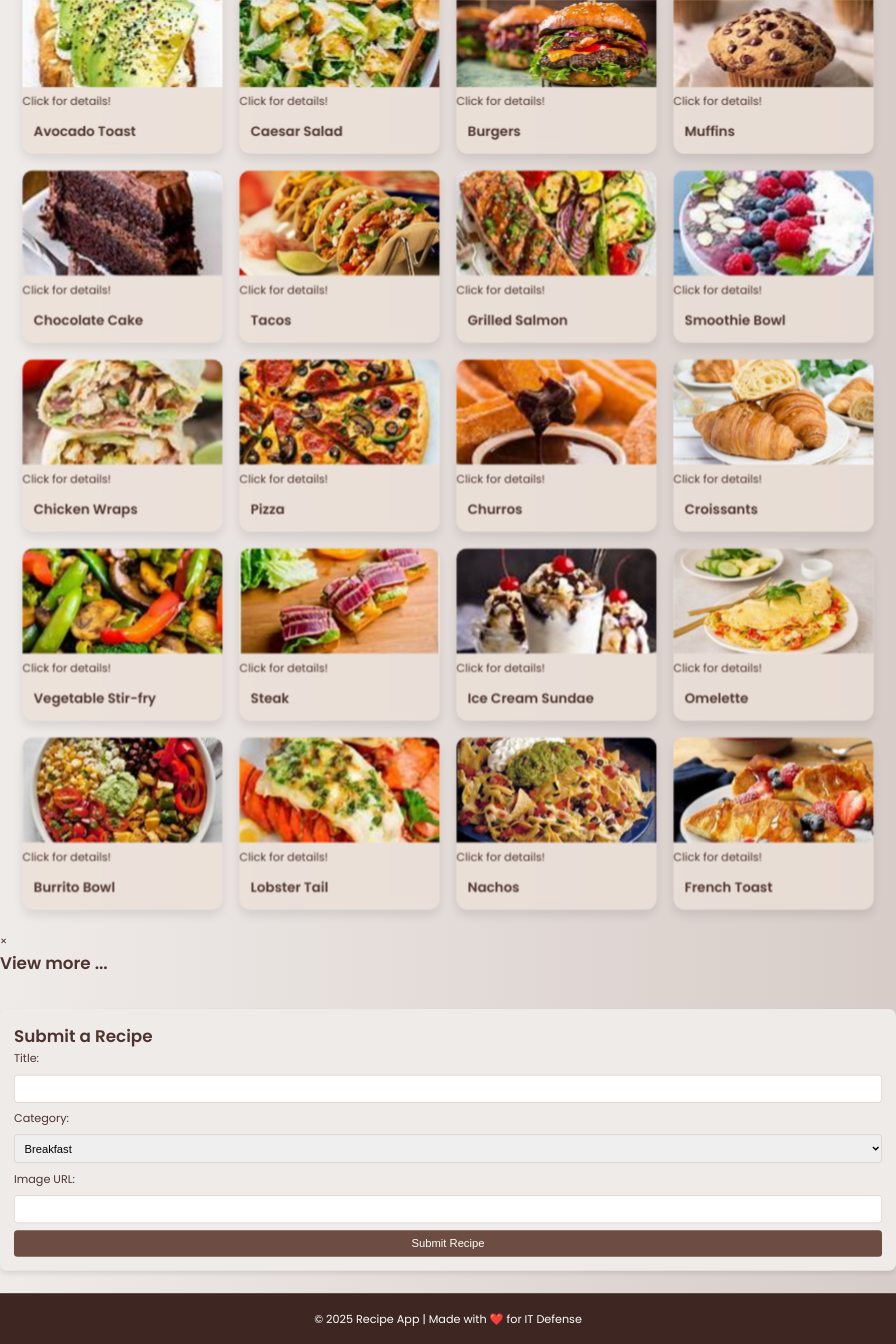
Repository: Patience225/recipe-app
Page: index.html
An editor plug-in stored every save of this project. The page is shown before and after a run of saves, followed by the edit.
The browser window is 1280 px wide. The pictures show the part of the page from y = 919 to 2839 px (the page is 2839 px tall before and 2801 px after), at 70% of full size.

Above is the page before, as saved 2025-01-27 10:59:05.

### index.html
<!DOCTYPE html>
<html lang="en">
<head>
  <meta charset="UTF-8">
  <meta name="viewport" content="width=device-width, initial-scale=1.0">
  <title>Recipe App</title>
  <link href="https://fonts.googleapis.com/css2?family=Poppins:wght@400;600&display=swap" rel="stylesheet">
  <link rel="stylesheet" href="styles.css">
</head>
<body>
  <!-- Header -->
  <header>
    <h1>Recipe App</h1>
    <p>Your gateway to delicious inspirations 🍲</p>
    <input type="text" id="search" placeholder="Search for recipes...">
    <button id="theme-toggle">🌙</button>
  </header>

  <!-- Hero Section -->
  <section class="hero">
    <h2>Discover the Joy of Cooking</h2>
    <p>Browse through a collection of amazing recipes handpicked for you!</p>
    <button id="explore-btn">Explore Recipes</button>
  </section>

  <!-- Recipe Categories -->
  <section id="categories">
    <h2>Categories</h2>
    <div class="category-buttons">
      <button data-category="All">All</button>
      <button data-category="Breakfast">Breakfast</button>
      <button data-category="Lunch">Lunch</button>
      <button data-category="Dinner">Dinner</button>
      <button data-category="Snacks">Snacks</button>
    </div>
  </section>

  <!-- Recipe Grid -->
  <section id="recipe-list">
    <!-- Dynamic recipe cards will appear here -->
  </section>

<!-- Modal for Recipe Details -->
<div id="recipe-modal" class="modal">
  <div class="modal-content">
    <span class="close-btn">&times;</span>
    <h2 id="modal-title"> View more ... </h2>
    <img id="modal-image" src="" alt="">
    <p id="modal-description"></p>
  </div>
</div>

<!-- Recipe Submission Form -->
<div id="recipe-form-container">
  <h2>Submit a Recipe</h2>
  <form id="recipe-form">
    <label for="recipe-title">Title:</label>
    <input type="text" id="recipe-title" required>

    <label for="recipe-category">Category:</label>
    <select id="recipe-category">
      <option value="Breakfast">Breakfast</option>
      <option value="Lunch">Lunch</option>
      <option value="Dinner">Dinner</option>
      <option value="Snacks">Snacks</option>
    </select>

    <label for="recipe-image">Image URL:</label>
    <input type="url" id="recipe-image" required>

    <button type="submit">Submit Recipe</button>
  </form>
</div>

  <!-- Footer -->
  <footer>
    <p>&copy; 2025 Recipe App | Made with ❤️ for IT Defense</p>
  </footer>

  <script src="script.js"></script>

  <!-- Add this script to the end of your body tag -->
<script>
  if ("serviceWorker" in navigator) {
    window.addEventListener("load", () => {
      navigator.serviceWorker.register("/sw.js").then(
        (registration) => {
          console.log("Service Worker registered with scope:", registration.scope);
        },
        (error) => {
          console.log("Service Worker registration failed:", error);
        }
      );
    });
  }
</script>

</body>
</html>

### styles.css
/* General Reset */
* {
  margin: 0;
  padding: 0;
  box-sizing: border-box;
}

body {
  font-family: 'Poppins', sans-serif;
  background: linear-gradient(to right, #efebe9, #d7ccc8); /* Light coffee gradient */
  color: #4e342e;
  line-height: 1.6;
}

header {
  background: linear-gradient(135deg, #795548, #3e2723); /* Dark coffee gradient */
  text-align: center;
  color: #fff;
  padding: 2rem;
  box-shadow: 0 4px 10px rgba(0, 0, 0, 0.1);
}

header h1 {
  font-size: 2.5rem;
  font-weight: 600;
}

header input {
  margin-top: 1rem;
  padding: 0.8rem 1rem;
  border-radius: 20px;
  border: none;
  outline: none;
  width: 80%;
  max-width: 400px;
  background: #efebe9; /* Light coffee */
  color: #4e342e;
}

header #theme-toggle {
  margin-top: 1rem;
  padding: 0.5rem 1rem;
  border: none;
  background: #d7ccc8; /* Light coffee */
  color: #3e2723;
  border-radius: 20px;
  cursor: pointer;
}

.hero {
  background: linear-gradient(135deg, rgba(121, 85, 72, 0.9), rgba(62, 39, 35, 0.9)); /* Blend of light and dark coffee */
  color: #efebe9; /* Light coffee text */
  text-align: center;
  padding: 3rem 2rem;
  margin-top: -1rem;
  clip-path: polygon(0 0, 100% 0, 100% 85%, 0 100%);
}

.hero h2 {
  font-size: 2rem;
  margin-bottom: 1rem;
}

.hero p {
  font-size: 1.2rem;
  margin-bottom: 2rem;
}

.hero button {
  padding: 0.8rem 1.5rem;
  background-color: #5d4037; /* Medium coffee */
  color: white;
  border: none;
  border-radius: 20px;
  font-size: 1rem;
  cursor: pointer;
}

.hero button:hover {
  background-color: #4e342e; /* Darker tone for hover effect */
}

#categories {
  margin: 2rem auto;
  text-align: center;
}

.category-buttons button {
  margin: 0.5rem;
  padding: 0.8rem 1.5rem;
  background-color: #8d6e63; /* Light-medium coffee */
  color: white;
  border: none;
  border-radius: 20px;
  cursor: pointer;
}

.category-buttons button:hover {
  background-color: #6d4c41; /* Darker coffee */
}

#recipe-list {
  display: grid;
  grid-template-columns: repeat(auto-fill, minmax(250px, 1fr));
  gap: 1.5rem;
  margin: 2rem;
}

.recipe-card {
  background: rgba(236, 224, 216, 0.8); /* Light coffee tone */
  backdrop-filter: blur(10px);
  border-radius: 15px;
  box-shadow: 0 8px 15px rgba(0, 0, 0, 0.1);
  transition: transform 0.3s;
  overflow: hidden;
}

.recipe-card img {
  width: 100%;
  height: 150px;
  object-fit: cover;
}

.recipe-card h3 {
  padding: 1rem;
  font-size: 1.2rem;
  color: #4e342e; /* Dark coffee text */
}

.recipe-card:hover {
  transform: scale(1.05);
}

footer {
  text-align: center;
  padding: 1.5rem;
  background: #3e2723; /* Dark coffee */
  color: white;
  margin-top: 2rem;
}

/* Dark Theme Styles */
body.dark-theme {
  background: #212121;
  color: white;
}

body.dark-theme header {
  background: linear-gradient(135deg, #4e342e, #3e2723); /* Rich dark coffee tones */
}

body.dark-theme .hero {
  background: linear-gradient(135deg, rgba(62, 39, 35, 0.9), rgba(33, 33, 33, 0.9));
}

body.dark-theme .recipe-card {
  background: rgba(62, 39, 35, 0.8); /* Dark coffee */
}

body.dark-theme footer {
  background: #3e2723;
}

/* Recipe Submission Form Styles */
#recipe-form-container {
  margin: 20px 0;
  padding: 20px;
  background-color: #efebe9; /* Light coffee */
  border-radius: 10px;
  box-shadow: 0 4px 8px rgba(0, 0, 0, 0.1);
}

#recipe-form {
  display: flex;
  flex-direction: column;
  gap: 10px;
}

#recipe-form input,
#recipe-form select,
#recipe-form button {
  padding: 10px;
  font-size: 1rem;
  border: 1px solid #d7ccc8; /* Light coffee border */
  border-radius: 5px;
}

#recipe-form button {
  background-color: #6d4c41; /* Medium coffee */
  color: white;
  cursor: pointer;
  border: none;
}

#recipe-form button:hover {
  background-color: #5d4037; /* Darker coffee */
}

### script.js
// Sample recipe data
const recipes = [
  {
    id: 1,
    title: "Spaghetti Carbonara",
    category: "Lunch",
    image: "images/Spaghetti Carbonara.jpeg",
  },
  {
    id: 2,
    title: "Pancakes",
    category: "Breakfast",
    image: "images/Pancakes.jpeg",
  },
  {
    id: 3,
    title: "Grilled Chicken",
    category: "Dinner",
    image: "images/Grilled Chicken.jpeg",
  },
  {
    id: 4,
    title: "Fruit Salad",
    category: "Snacks",
    image: "images/Fruit Salad.jpeg",
  },
  {
    id: 5,
    title: "Avocado Toast",
    category: "Breakfast",
    image: "images/Avocado Toast.jpeg",
  },
  {
    id: 6,
    title: "Caesar Salad",
    category: "Lunch",
    image: "images/Caesar Salad.jpeg",
  },
  {
    id: 7,
    title: "Burgers",
    category: "Dinner",
    image: "images/Burgers.jpeg",
  },
  {
    id: 8,
    title: "Muffins",
    category: "Breakfast",
    image: "images/Muffins.jpeg",
  },
  {
    id: 9,
    title: "Chocolate Cake",
    category: "Snacks",
    image: "images/Chocolate Cake.jpeg",
  },
  {
    id: 10,
    title: "Tacos",
    category: "Lunch",
    image: "images/Tacos.jpeg",
  },
  {
    id: 11,
    title: "Grilled Salmon",
    category: "Dinner",
    image: "images/Grilled Salmon.jpeg",
  },
  {
    id: 12,
    title: "Smoothie Bowl",
    category: "Breakfast",
    image: "images/Smoothie Bowl.jpeg",
  },
  {
    id: 13,
    title: "Chicken Wraps",
    category: "Lunch",
    image: "images/Chicken Wraps.jpeg",
  },
  {
    id: 14,
    title: "Pizza",
    category: "Dinner",
    image: "images/Pizza.jpeg",
  },
  {
    id: 15,
    title: "Churros",
    category: "Snacks",
    image: "images/Churros.jpeg",
  },
  {
    id: 16,
    title: "Croissants",
    category: "Breakfast",
    image: "images/Croissants.jpeg",
  },
  {
    id: 17,
    title: "Vegetable Stir-fry",
    category: "Lunch",
    image: "images/Vegetable Stir-fry.jpeg",
  },
  {
    id: 18,
    title: "Steak",
    category: "Dinner",
    image: "images/Steak.jpeg",
  },
  {
    id: 19,
    title: "Ice Cream Sundae",
    category: "Snacks",
    image: "images/Ice Cream Sundae.jpeg",
  },
  {
    id: 20,
    title: "Omelette",
    category: "Breakfast",
    image: "images/Omelette.jpeg",
  },
  {
    id: 21,
    title: "Burrito Bowl",
    category: "Lunch",
    image: "images/Burrito Bowl.jpeg",
  },
  {
    id: 22,
    title: "Lobster Tail",
    category: "Dinner",
    image: "images/Lobster Tail.jpeg",
  },
  {
    id: 23,
    title: "Nachos",
    category: "Snacks",
    image: "images/Nachos.jpeg",
  },
  {
    id: 24,
    title: "French Toast",
    category: "Breakfast",
    image: "images/French Toast.jpeg",
  },
];

// DOM Elements
const recipeList = document.getElementById("recipe-list");
const searchInput = document.getElementById("search");
const categoryButtons = document.querySelectorAll(".category-buttons button");

// Function to display recipes
function displayRecipes(recipesToDisplay) {
  recipeList.innerHTML = ""; // Clear the list
  recipesToDisplay.forEach((recipe) => {
    const recipeCard = `
      <div class="recipe-card" data-id="${recipe.id}">
        <img src="${recipe.image}" alt="${recipe.title}" loading="lazy">
        <div class="card-back">
          <p>Click for details!</p>
        </div>
        <h3>${recipe.title}</h3>
      </div>
    `;
    recipeList.innerHTML += recipeCard;
  });
}

// Initial display of all recipes
displayRecipes(recipes);

// Filter by category
categoryButtons.forEach((button) => {
  button.addEventListener("click", () => {
    const category = button.getAttribute("data-category");
    if (category === "All") {
      displayRecipes(recipes); // Show all recipes
    } else {
      const filteredRecipes = recipes.filter(
        (recipe) => recipe.category === category
      );
      displayRecipes(filteredRecipes);
    }
  });
});

// Search recipes
searchInput.addEventListener("input", (e) => {
  const query = e.target.value.toLowerCase();
  const filteredRecipes = recipes.filter((recipe) =>
    recipe.title.toLowerCase().includes(query)
  );
  displayRecipes(filteredRecipes);
});

// Toggle Light/Dark Mode
const themeToggleBtn = document.getElementById("theme-toggle");

themeToggleBtn.addEventListener("click", () => {
  document.body.classList.toggle("dark-theme");
  if (document.body.classList.contains("dark-theme")) {
    themeToggleBtn.textContent = "🌞 Light Mode";
  } else {
    themeToggleBtn.textContent = "🌙 Dark Mode";
  }
});

// Open modal with recipe details
const modal = document.getElementById("recipe-modal");
const closeBtn = document.querySelector(".close-btn");

function openModal(recipe) {
  const modalTitle = document.getElementById("modal-title");
  const modalImage = document.getElementById("modal-image");
  const modalDescription = document.getElementById("modal-description");

  modalTitle.textContent = recipe.title;
  modalImage.src = recipe.image;
  modalDescription.textContent = `A delicious recipe for ${recipe.title}. Category: ${recipe.category}`;

  modal.style.display = "block";
}

// Close the modal
closeBtn.addEventListener("click", () => {
  modal.style.display = "none";
});

window.addEventListener("click", (e) => {
  if (e.target === modal) {
    modal.style.display = "none";
  }
});

// Add click event to recipe cards
document.addEventListener("click", (e) => {
  if (e.target.closest(".recipe-card")) {
    const recipeId = e.target.closest(".recipe-card").dataset.id;
    const recipe = recipes.find((r) => r.id == recipeId);
    openModal(recipe);
  }
});

// Handle Recipe Submission
const recipeForm = document.getElementById("recipe-form");

recipeForm.addEventListener("submit", (e) => {
  e.preventDefault();

  const title = document.getElementById("recipe-title").value;
  const category = document.getElementById("recipe-category").value;
  const image = document.getElementById("recipe-image").value;

  const newRecipe = {
    id: recipes.length + 1,
    title: title,
    category: category,
    image: image,
  };

  recipes.push(newRecipe);
  displayRecipes(recipes);
  recipeForm.reset();
});

After the next 2 saves:
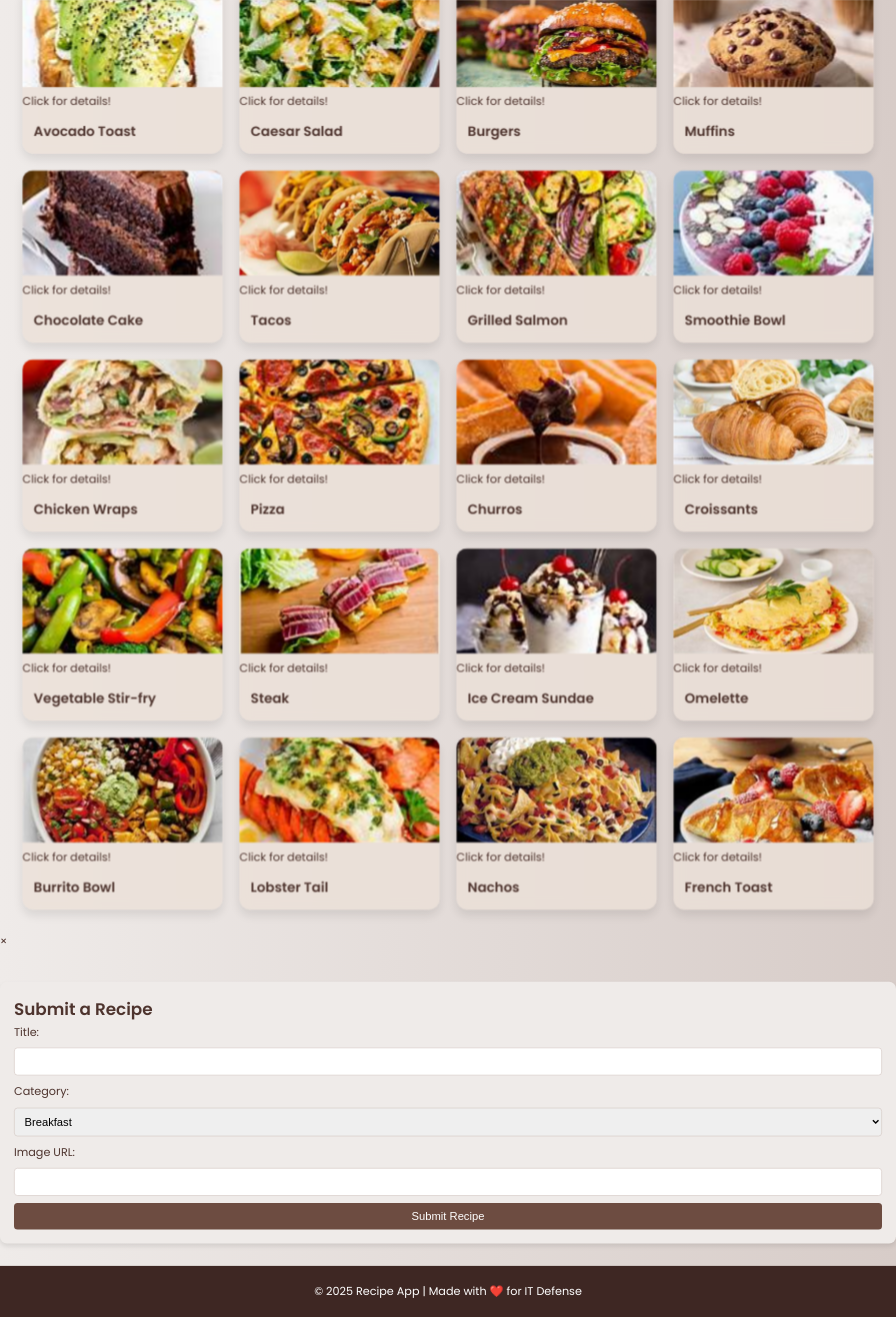
The 2 saves are shown as one change because they came seconds apart.
The last was saved 53 s later.
--- a/index.html
+++ b/index.html
@@ -44,7 +44,7 @@
 <div id="recipe-modal" class="modal">
   <div class="modal-content">
     <span class="close-btn">&times;</span>
-    <h2 id="modal-title"> View more ... </h2>
+    <h2 id="modal-title"></h2>
     <img id="modal-image" src="" alt="">
     <p id="modal-description"></p>
   </div>
